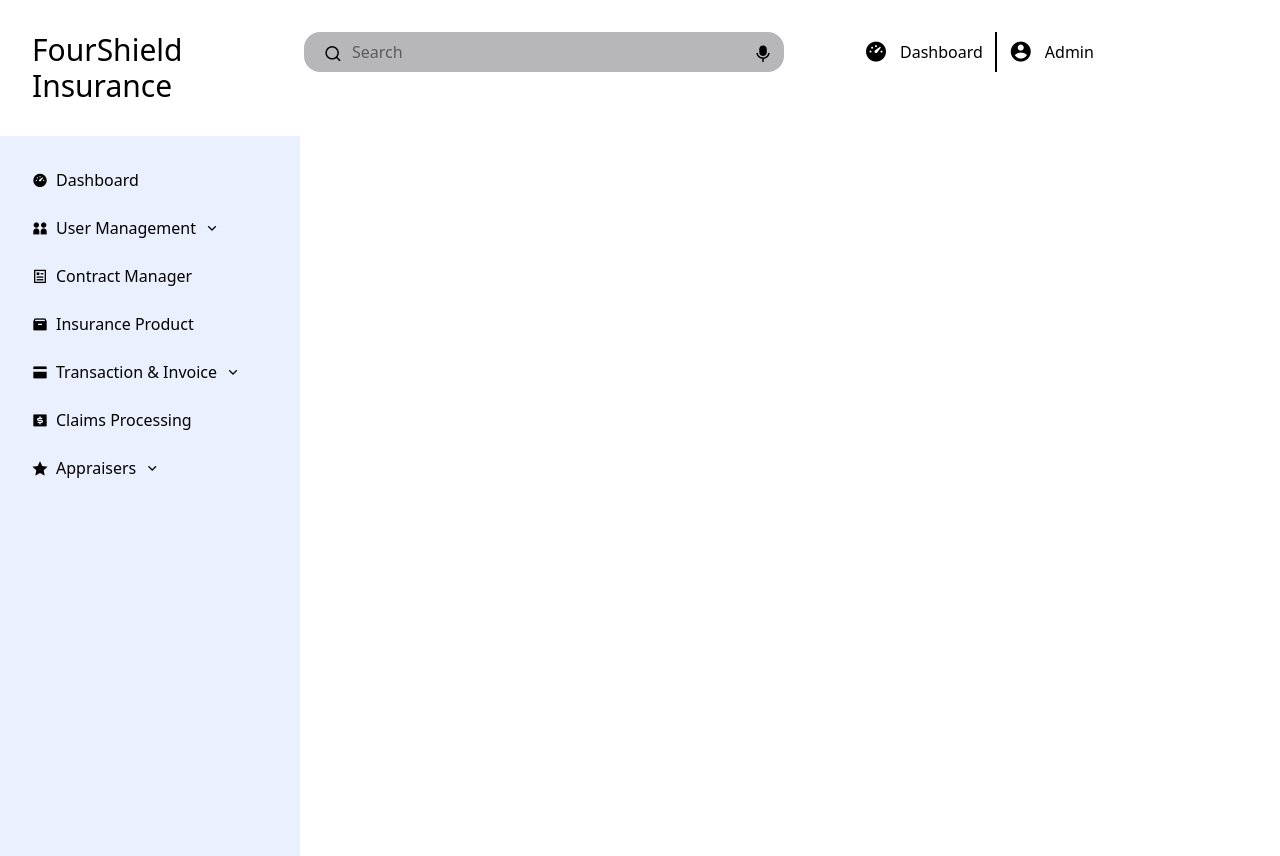
Repository: MockProject9920/MockProject_022025_Nhom4
Page: / (app in frontend/)
The author's editor kept a copy of each file at every save. The page is drawn from the files as they stood at one save, then again after the next save.
The browser window is 1280 px wide. The pictures show the whole page.
The project was rebuilt for these pictures with package versions that can differ from the ones it lists, and the page was loaded fresh each time. Also part of the build but not shown: frontend/vite.config.js.

Above is the page before, as saved 2025-03-12 14:51:19.

After the next save:
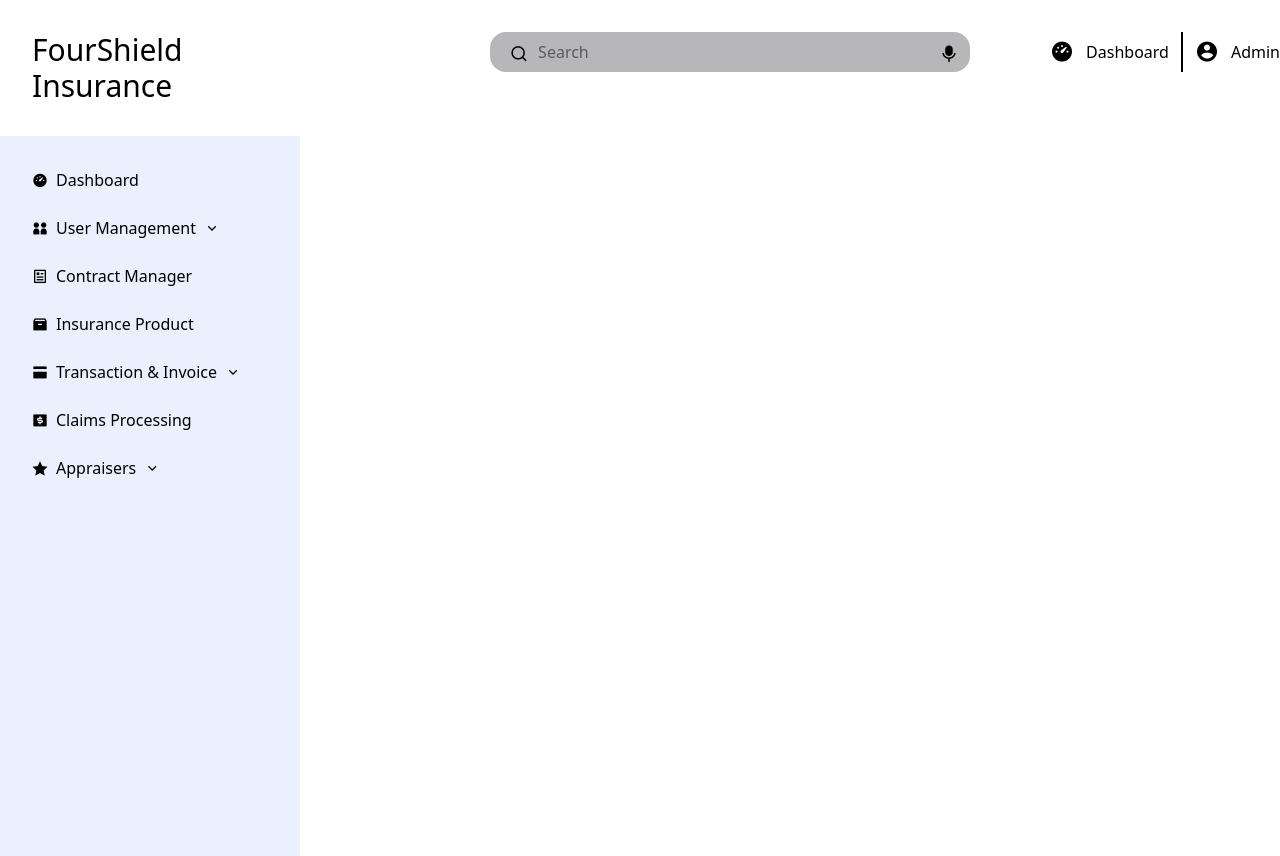
Saved 34 s later.
--- a/frontend/src/layouts/AdminLayout.jsx
+++ b/frontend/src/layouts/AdminLayout.jsx
@@ -4,7 +4,7 @@ import AdminSidebar from "../components/AdminSidebar";
 
 function AdminLayout() {
   return (
-    <div className="flex space-x-1">
+    <div className="flex space-x-1 justify-between">
       <AdminSidebar />
       <div>
         <AdminNavbar />
